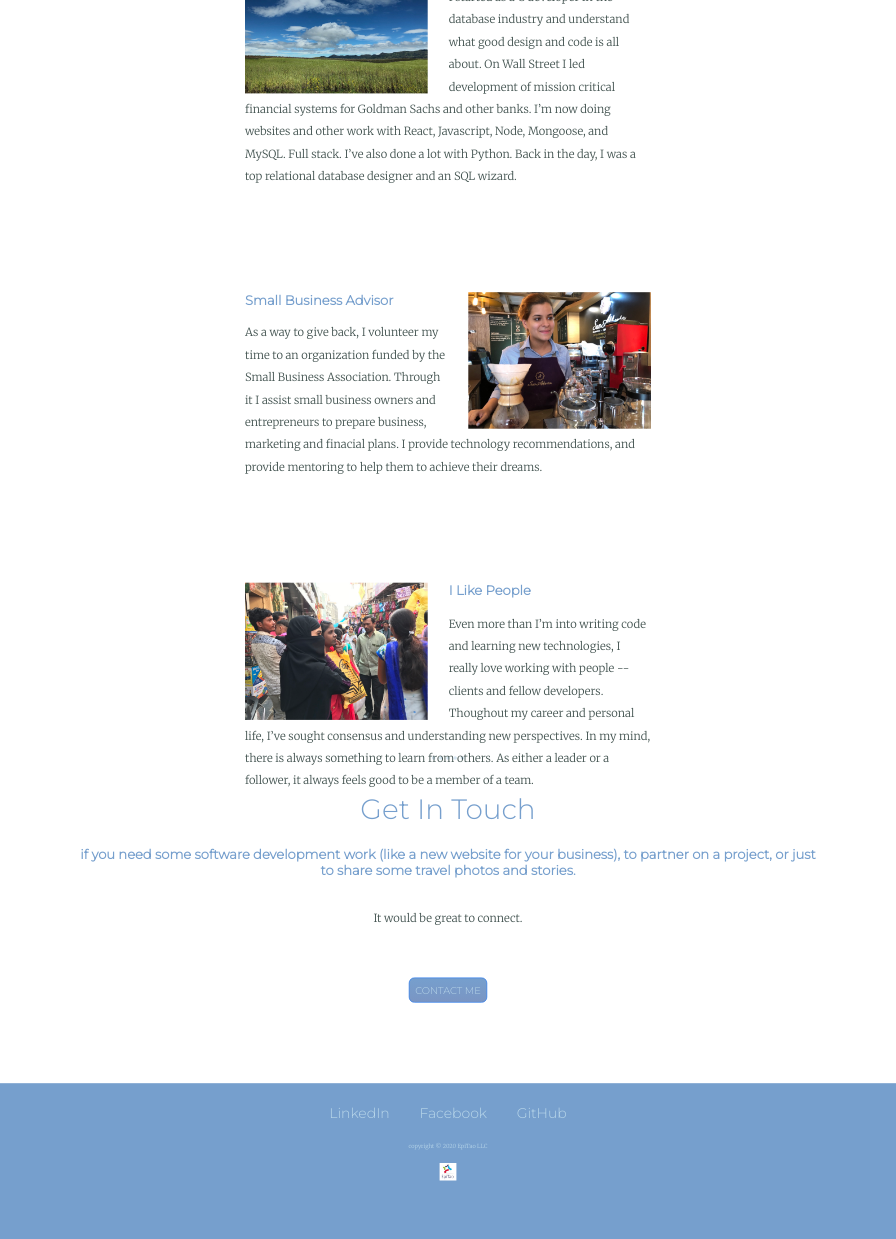
Repository: EpiTao-LLC/Personal_web_page
Page: index.html
An editor plug-in stored every save of this project. The page is shown before and after the next save, followed by the edit.
The browser window is 1280 px wide. The pictures show the part of the page from y = 2248 to 4168 px (the page is 4018 px tall before and 4168 px after), at 70% of full size.

Above is the page before, as saved 2021-08-13 18:40:18.

After the next save:
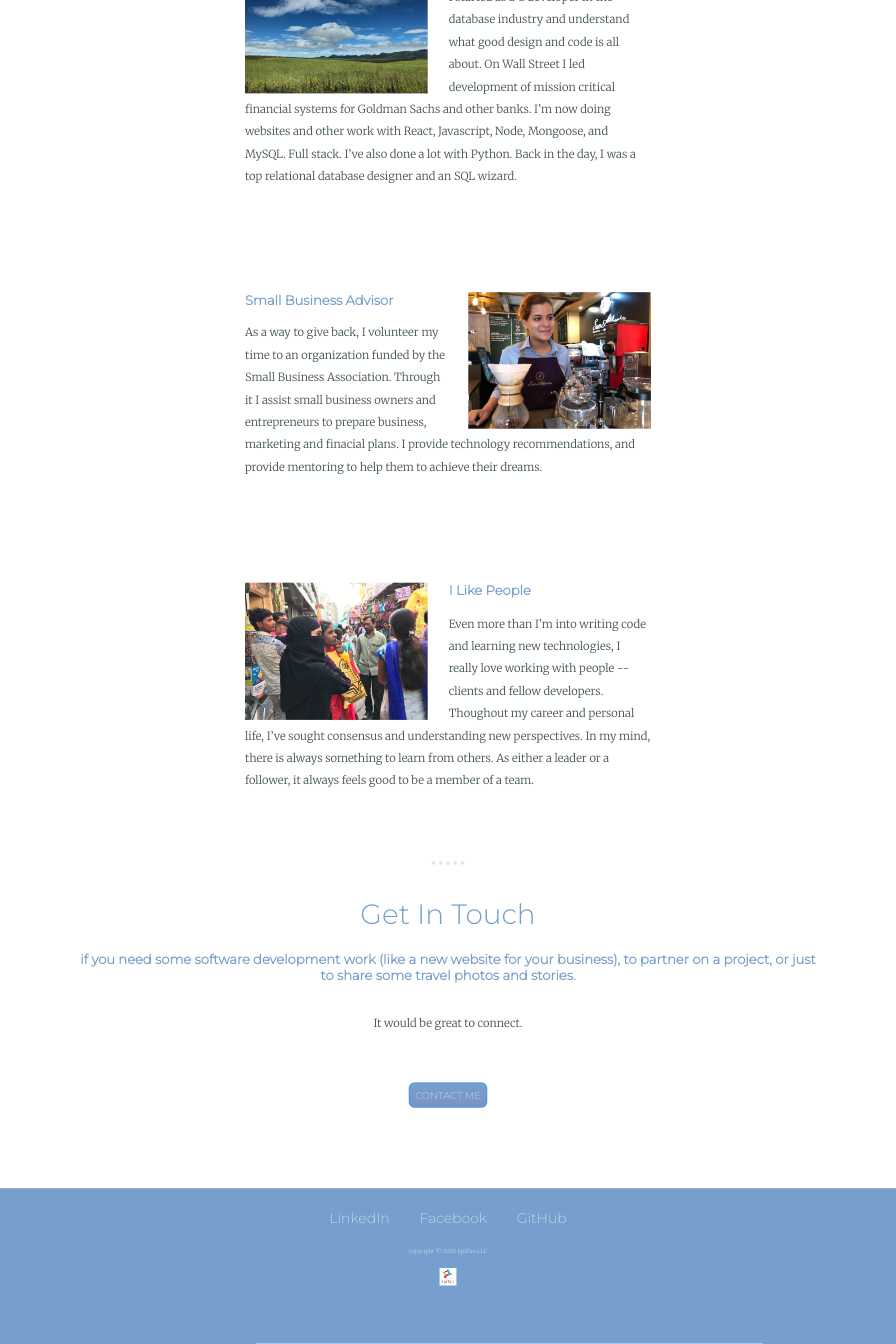
Saved 20 s later.
--- a/css/styles.css
+++ b/css/styles.css
@@ -69,7 +69,6 @@ hr {
 }
 .skills {
     margin-top: 50px;
-    margin-bottom: -150px;
 }
 .skill-row {
     width: 50%;
